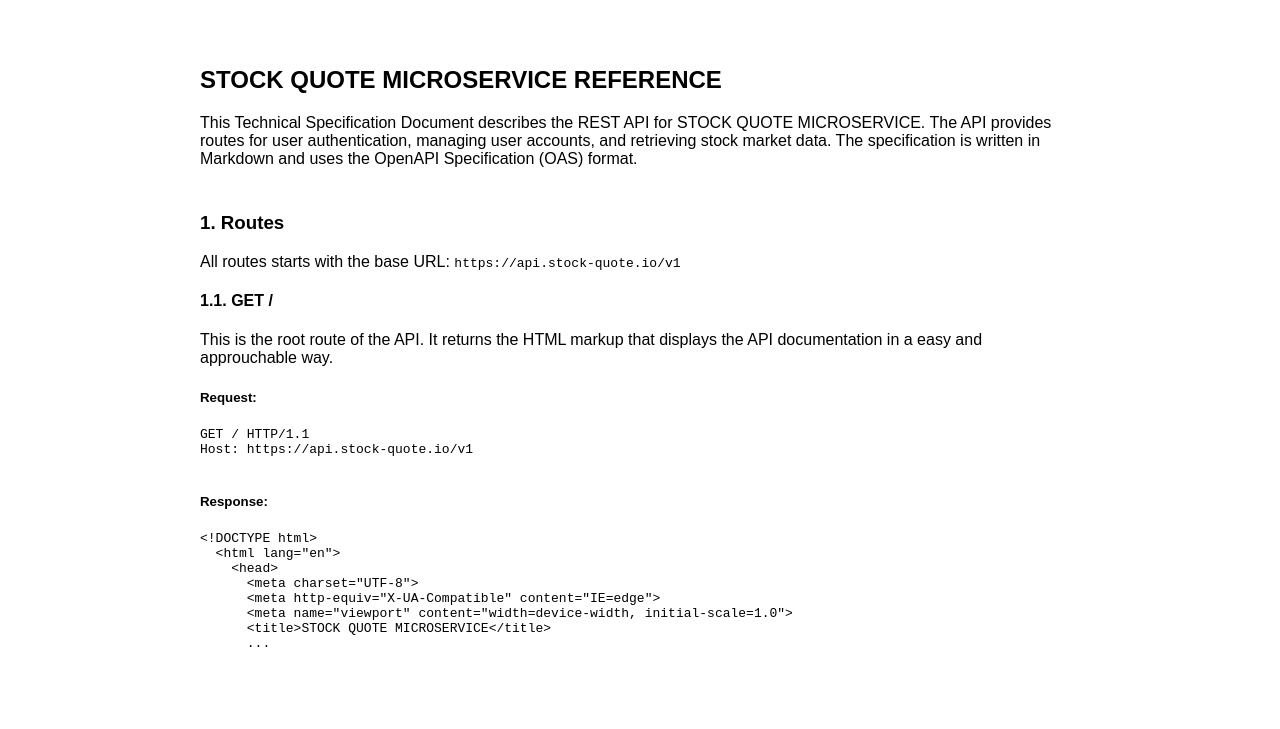
Repository: miguelamello/nest-js
Page: stock-service/reference.html
These files come from the project's save history. The page is drawn as it stood at one moment and after the next save; the edit follows.
The browser window is 1280 px wide. The pictures show the whole page.

Above is the page before, as saved 2023-04-03 13:36:21.

### stock-service/reference.html
<!DOCTYPE html>
<html lang="en">
<head>
  <meta charset="UTF-8">
  <meta http-equiv="X-UA-Compatible" content="IE=edge">
  <meta name="viewport" content="width=device-width, initial-scale=1.0">
  <title>STOCK QUOTE MICROSERVICE</title>
  <style>
    body {
      font-family: Arial, Helvetica, sans-serif;
      padding: 3% 15%;
    }
    h3 {
      margin-top: 5%;
    }
    pre {
      margin: 0;
      overflow: auto;
    }
  </style>
</head>
<body>
  <h2>STOCK QUOTE MICROSERVICE REFERENCE</h2>
  <p>
    This Technical Specification Document describes the REST API for STOCK QUOTE MICROSERVICE.
    The API provides routes for user authentication, managing user accounts, and retrieving stock market data.
    The specification is written in Markdown and uses the OpenAPI Specification (OAS) format.
  </p>

  <p>
    <h3>1. Routes</h3>
    <p>
      All routes starts with the base URL: <code>https://api.stock-quote.io/v1</code>
    </p>
  </p>

  <p>
    <h4>1.1. GET /</h4>
    This is the root route of the API. It returns the HTML markup that
    displays the API documentation in a easy and approuchable way.
  </p>
  <h5>Request:</h5>
  <pre>
GET / HTTP/1.1
Host: https://api.stock-quote.io/v1
  </pre>

  <h5>Response:</h5>

  <pre>
&lt;!DOCTYPE html&gt;
  &lt;html lang="en"&gt;
    &lt;head&gt;
      &lt;meta charset="UTF-8"&gt;
      &lt;meta http-equiv="X-UA-Compatible" content="IE=edge"&gt;
      &lt;meta name="viewport" content="width=device-width, initial-scale=1.0"&gt;
      &lt;title&gt;STOCK QUOTE MICROSERVICE&lt;/title&gt;
      ...
  </pre>

  <p>

  </p>

</body>
</html>

After the next save:
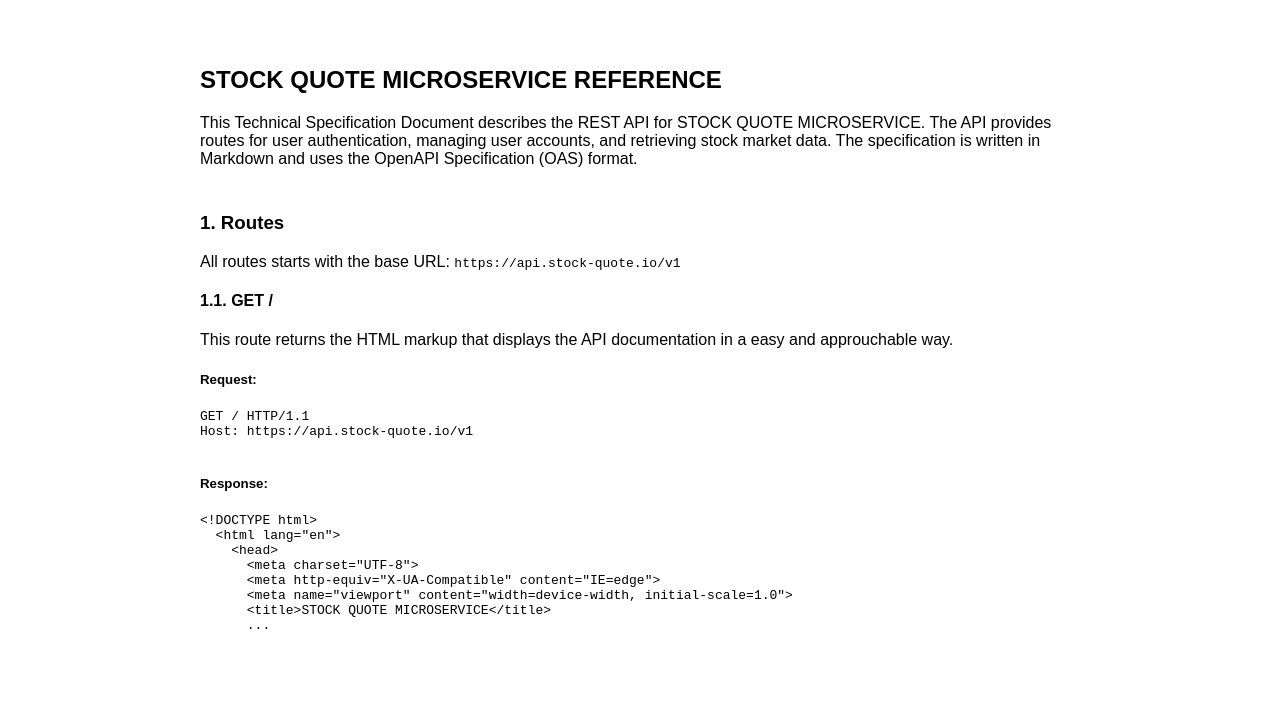
Saved 31 s later.
--- a/stock-service/reference.html
+++ b/stock-service/reference.html
@@ -36,7 +36,7 @@
 
   <p>
     <h4>1.1. GET /</h4>
-    This is the root route of the API. It returns the HTML markup that
+    This route  returns the HTML markup that
     displays the API documentation in a easy and approuchable way.
   </p>
   <h5>Request:</h5>
